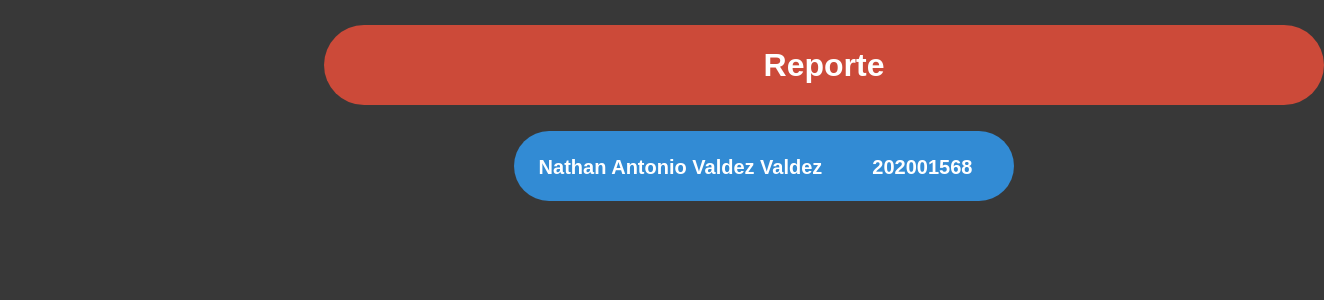
Repository: nathanvdev/LFP_PR_202001568
Page: plantilla.html
These files come from the project's save history. The page is drawn as it stood at one moment and after the next save; the edit follows.
The browser window is 1280 px wide. The page is 1324 px wide, so the pictures cover 1324 px, including what lies to the right of the window. The pictures show the whole page.

Above is the page before, as saved 2022-02-19 18:55:04.

After the next save:
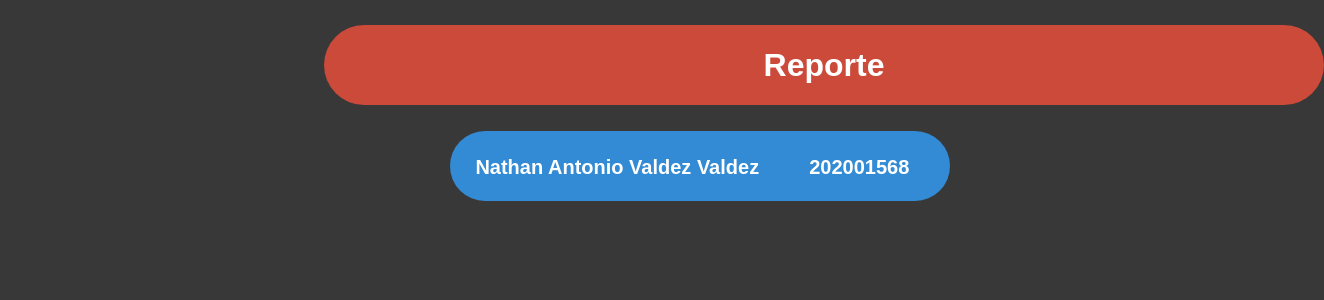
Saved 4 s later.
--- a/plantilla.html
+++ b/plantilla.html
@@ -28,7 +28,7 @@
         height: 70px;
         width: 500px;
         margin: 2%;
-        margin-left: 40%;
+        margin-left: 35%;
         border-radius: 45px;
 
     }
